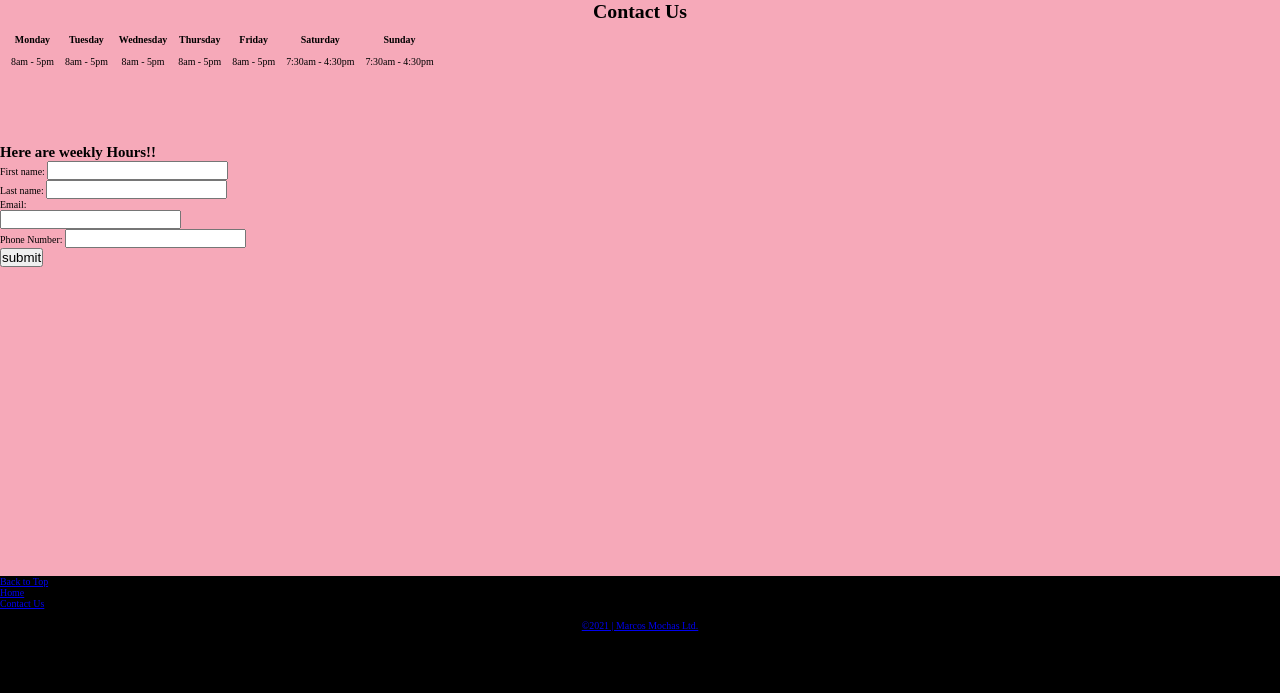
Repository: CAMPSLOPY/marcos-mochas
Page: HTML/contact.html
An editor plug-in stored every save of this project. The page is shown before and after the next save, followed by the edit.
The browser window is 1280 px wide. The pictures show the whole page.

Above is the page before, as saved 2021-07-02 17:27:40.

### HTML/contact.html
<!DOCTYPE html>
<html lang="en">
<head>
    <meta charset="UTF-8">
    <meta http-equiv="X-UA-Compatible" content="IE=edge">
    <meta name="viewport" content="width=device-width, initial-scale=1.0">
    <meta name="robots" content="index,follow" />
    <meta
      name="description"
      content=""
    />
    <link rel="stylesheet" href="/CSS/contact.css">
    <title>Contact Us</title>
</head>
<body>
    <header >
        <!--page hours title-->
        <h1  class="header-tex">Contact Us</h1>


    <div class="header-table-content">


        <!--Page hours and contact form-->
        <table cellspacing="11">
        <tr>
            <th>Monday</th>
            <th>Tuesday</th>
            <th>Wednesday</th>
            <th>Thursday</th>
            <th>Friday</th>
            <th>Saturday</th>
            <th>Sunday</th>
        </tr>
        <tr>
            <td>8am - 5pm</td>
            <td>8am - 5pm</td>
            <td>8am - 5pm</td>
            <td>8am - 5pm</td>
            <td>8am - 5pm</td>
            <td>7:30am - 4:30pm</td>
            <td>7:30am - 4:30pm</td>
        </tr>
        </table>
    </div>
</header>
    <main>
        <h2>Here are weekly Hours!!</h2>
        <!--Hours table start here-->

        <!--Form starts here-->
        <!-- i wrapped the form inside a div content so that we can give it freedo
        when styling -->
        <div class="form-content">

            <form class="contact-form" action="">


                <div class="form-control">
                    <!--first name input/required-->
                    <label for="fname">First name:</label>
                    <input type="text" id="fname" name="fname" value="" required>
                </div>
               <div class="form-control">
                 <!--last name input/required-->
                 <label for="lname">Last name:</label>
                 <input type="text" id="lname" name="lname" value="" required>
               </div>

               <div class="form-control">
                  <!--email address input/required-->
                  <label for="email">Email:</label><br>
                  <input type="text" id="email" name="Email" value="" required>
               </div>

               <div class="form-control">
                   <!--Phone number input/not required-->
                <label for="Phone">Phone Number:</label>
                <input type="text" id="phone" name="Phone" value="">
               </div>

                <!--Submit button-->
                <button type="submit">submit</button>
                      </form>
        </div>

    </main>

    <!--page navi links & copyright-->
    <footer>
        <div class="contact-footer">
        <ul>
            <!-- IDEA: img / just text for our "logo" -->
            <li><a href="#top">Back to Top</a></li>
            <li><a href="/HTML/Index.html">Home</a></li>
            <li><a href="/HTML/contact.html">Contact Us</la></li>
        </ul>
        </div>
        <br>
        <!--Copyright class -->
        <div class="copyright">
            <p>&copy;2021 | Marcos Mochas Ltd.</p>
        </div>
    </footer>
</body>
</html>

### CSS/contact.css

/* universal styling of the contact page */
* {
    margin: 0;
    padding: 0;
    box-sizing: border-box;
}

body{
    min-height: 100vh;
    background-color: #f38ba0bb;
}

html{
    font-size: 62%;
}
main{
    min-height: 60vh;
}
footer{
    min-height: 20vh;
    background-color: black;
}

footer a,

header{
    text-align: center;
    min-height: 20vh;
}


/* styling the Form */



/* styling for hours table */

table {

}


/*Footer css code*/

/*The links at the bottom of the footer shouldnt be stacked up and placed at the bottom of the page*/

.contact-footer {

    color: white;
}

.copyright {

}

After the next save:
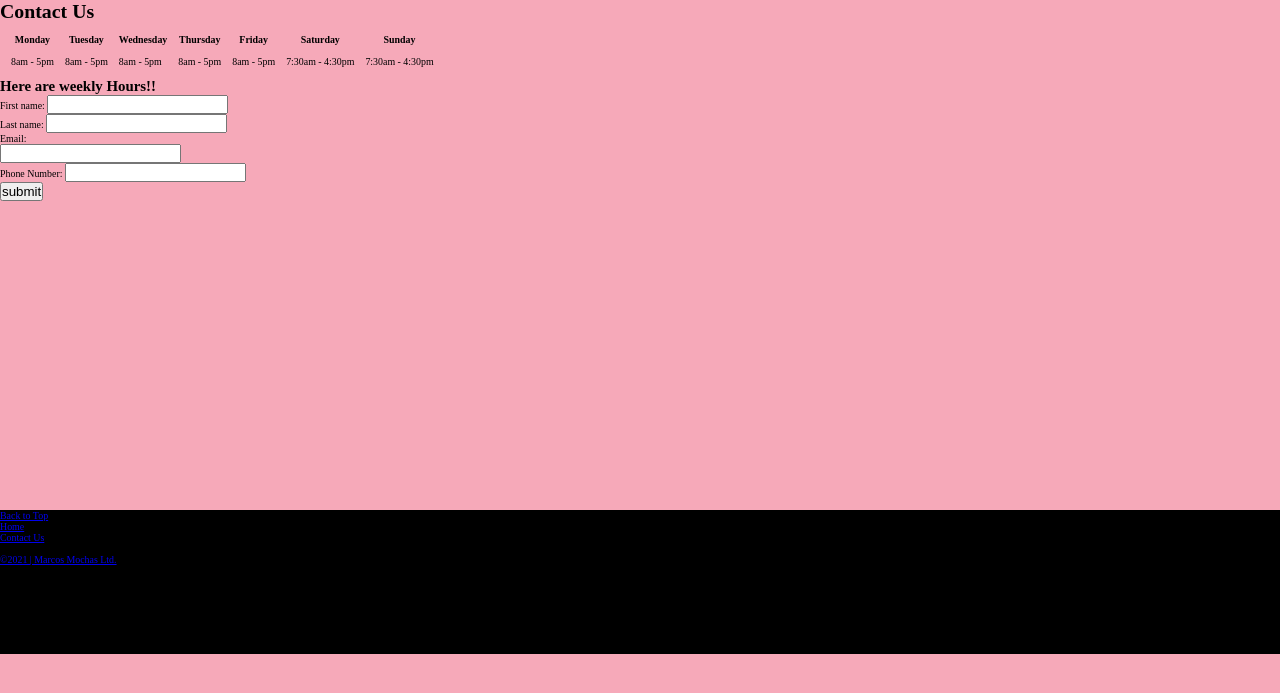
Saved 5 s later.
--- a/CSS/contact.css
+++ b/CSS/contact.css
@@ -22,7 +22,7 @@
     background-color: black;
 }
 
-footer a,
+footer ul
 
 header{
     text-align: center;

After the 3 saves that followed:
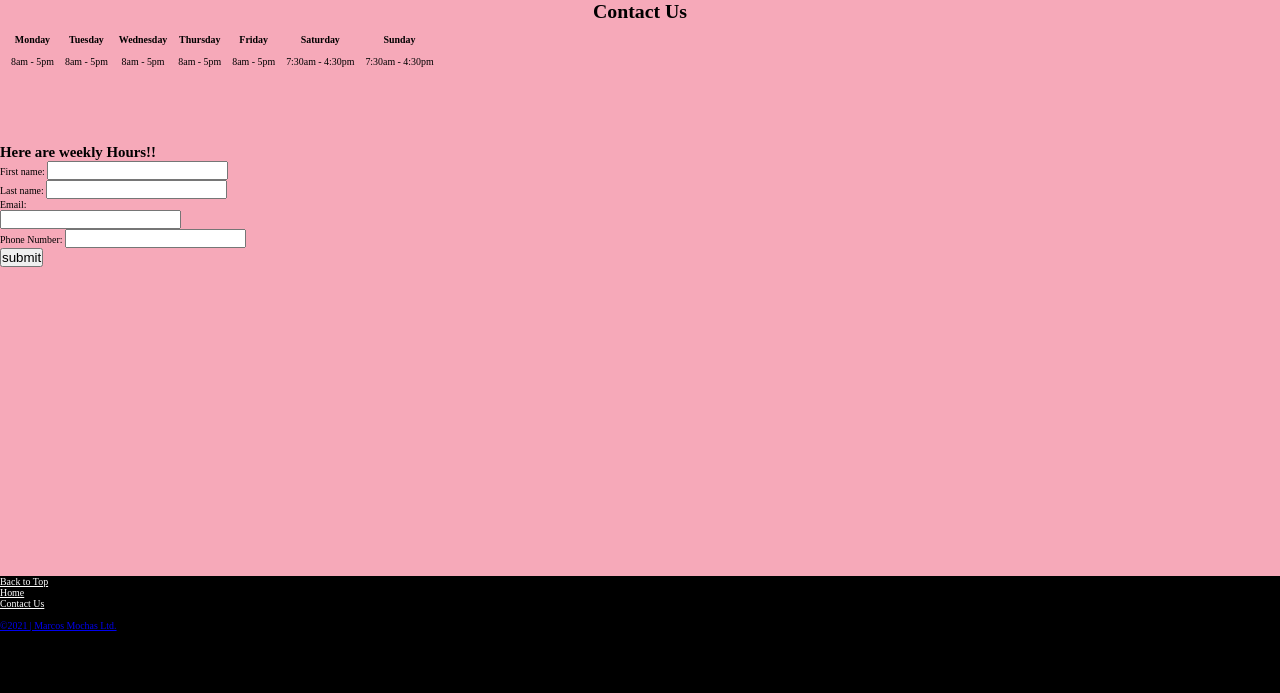
The 3 saves are shown as one change because they came seconds apart.
The last was saved 7 s later.
--- a/CSS/contact.css
+++ b/CSS/contact.css
@@ -22,7 +22,9 @@
     background-color: black;
 }
 
-footer ul
+footer ul li a{
+    color: white;
+}
 
 header{
     text-align: center;
